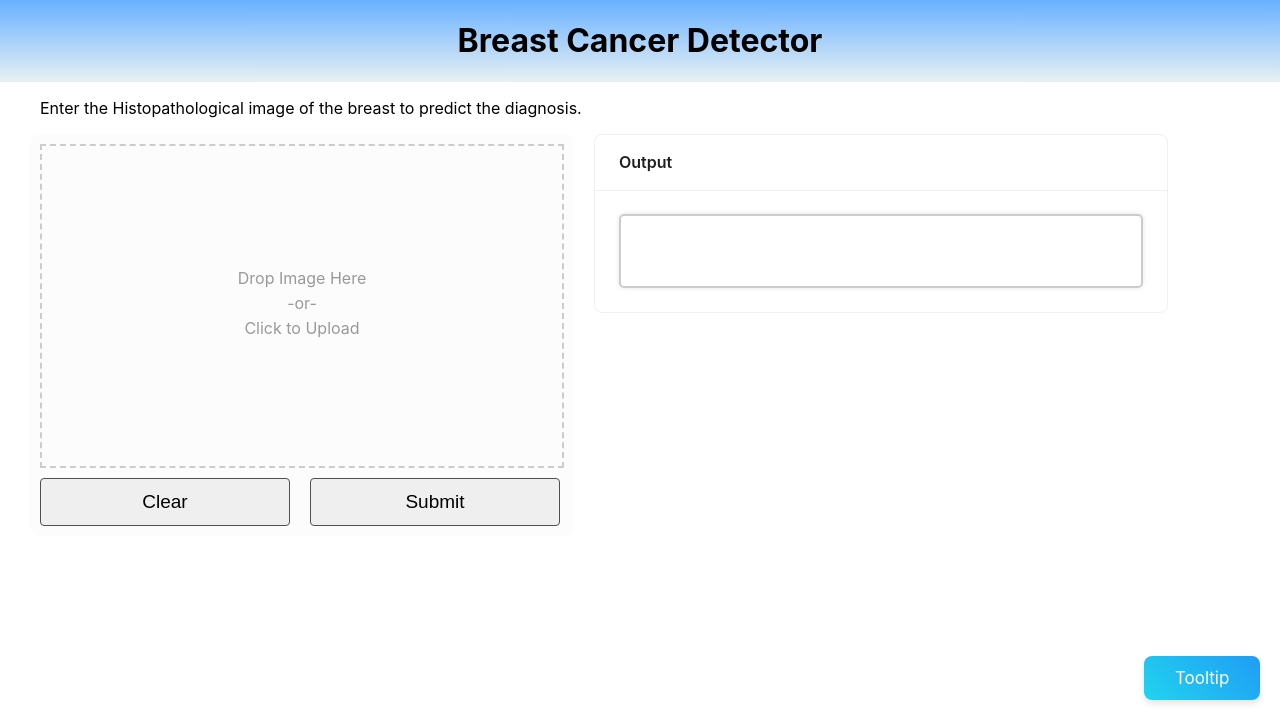
Repository: xshamrose/RAYi-AI
Page: /BreastCancerDetector-app (app in client/)
These files come from the project's save history. The page is drawn as it stood at one moment and after the next save; the edit follows.
The browser window is 1280 px wide. The pictures show the whole page.
The project was rebuilt for these pictures with package versions that can differ from the ones it lists, and the page was loaded fresh each time. Also part of the build but not shown: client/src/App.css, client/src/pages/Home.js, client/src/pages/home.css.

Above is the page before, as saved 2024-03-09 13:08:42.

### client/src/App.js
import "./App.css";
import React from "react";
import Candetect from "./pages/Candetect";
import Home from "./pages/Home";
import "./pages/home.css";
import { BrowserRouter as Router, Routes, Route } from "react-router-dom";

function App() {
  return (
    <div className="App">
      <Router>
        <Routes>
          <Route exact path="/" element={<Home />} />
          <Route path="/BreastCancerDetector-app" element={<Candetect />} />

          {/*  Future Use for Pipe Counting Detection
          <Route
            path="/Pipe"
            element={<Candetect title={headerTitle} content={content} />}
          /> */}
        </Routes>
      </Router>
    </div>
  );
}

export default App;

### client/src/pages/Candetect.js
import React, { useState } from "react";
import "../pages/Candetect.css";
import { Card } from "antd";
import deleteicon from "../assets/delete-.svg";
import axios from "axios";

function Candetect() {
  const [imageFile, setImageFile] = useState(null);
  const [errorMessage, setErrorMessage] = useState("");
  const [loading, setLoading] = useState(false);
  const [responseData, setResponseData] = useState("");

  const handleFileInputChange = (event) => {
    const file = event.target.files[0];
    if (file) {
      setImageFile(file);
    }
  };

  const handleClearImage = () => {
    setImageFile(null);
    //reset the file input
    const fileInput = document.getElementById("file-input");
    if (fileInput) {
      fileInput.value = "";
    }
    setErrorMessage("");
  };

  const handleDeleteImage = () => {
    setImageFile(null);
    //reset the file input
    const fileInput = document.getElementById("file-input");
    if (fileInput) {
      fileInput.value = "";
    }
  };

  const handleSubmit = () => {
    if (!imageFile) {
      setErrorMessage("Please upload an Image");
      console.log("Please upload an Image");
    } else {
      const formData = new FormData();
      formData.append("image", imageFile);
      setLoading(true);
      axios
        .post("http://ct.rayi.in:5002/predicttest", formData, {
          headers: {
            "Content-Type": "multipart/form-data",
          },
        })
        .then((response) => {
          setLoading(false);
          setResponseData(response.data);
          console.log(response.data);
        })
        .catch((error) => {
          if (error.response) {
            console.error("Error Response Data:", error.response.data);
            console.error("Error Response Status:", error.response.status);
          } else if (error.request) {
            console.error("No response received:", error.request);
          } else {
            console.error("Error:", error.message);
          }
          setErrorMessage("Failed to submit. Please try again.");
        });
    }
  };

  return (
    <div>
      <div
        style={{
          display: "flex",
          justifyContent: "center",
          alignContent: "center",
          flexWrap: "nowrap",
          alignItems: "center",
          backgroundImage: "linear-gradient(#69b1ff, #e9f0f2)",
          width: "100%",
        }}
      >
        <h1>Breast Cancer Detector</h1>
      </div>

      <p style={{ marginLeft: "40px" }}>
        Enter the Histopathological image of the breast to predict the
        diagnosis.
      </p>

      <div className="overallContainer">
        <div className="dragandbutton">
          <div className="image-upload-box">
            <input
              type="file"
              accept="image/*"
              id="file-input"
              className="file-input"
              onChange={handleFileInputChange}
            />
            {imageFile ? null : (
              <div>
                <label htmlFor="file-input" className="upload-label">
                  <span>Drop Image Here</span> <span>-or-</span>{" "}
                  <span>Click to Upload</span>{" "}
                </label>{" "}
                {errorMessage && (
                  <div className="error-message">{errorMessage}</div>
                )}{" "}
              </div>
            )}

            {imageFile && (
              <div className="image-preview">
                <img
                  src={URL.createObjectURL(imageFile)}
                  alt="Uploaded"
                  className="full-size-image"
                ></img>

                <div className="image-actions">
                  <img
                    src={deleteicon}
                    alt="Delete"
                    className="icon"
                    onClick={handleDeleteImage}
                  />
                </div>
              </div>
            )}
          </div>

          <div className="button-container">
            <button className="sbutton" onClick={handleClearImage}>
              Clear
            </button>
            <button className="sbutton" onClick={handleSubmit}>
              Submit
            </button>
          </div>
        </div>
        <div>
          <Card title="Output" hoverable>
            <div className="text-area">
              {loading ? (
                <div className="loader-all">
                  <div className="loader"></div>
                  <p>loading...</p>
                </div>
              ) : (
                responseData
              )}
            </div>
          </Card>
        </div>
      </div>
      <div className="ask-me-icon">
      <div class="tooltip-container">
  <span class="tooltip">Uiverse.io</span>
  <span class="text">Tooltip</span>
</div>

    </div>
    </div>
  );
}

export default Candetect;

### client/src/pages/Candetect.css
/* Candetect.css */

.image-upload-box {
    position: relative;
    display: flex;
    flex-direction: column;
    align-items: center;
    justify-content: center;
    border: 2px dashed #ccc;
    padding: 10px;
    cursor: pointer;
    width: 500px; /* Adjust the width of the box as needed */
    height: 300px; /* Adjust the height of the box as needed */
  }

  .file-input {
    display: none;
  }

  .upload-label {
    display: flex;
    flex-direction: column;
    justify-content: center;
    align-items: center;
    color: #999;
    cursor: pointer;
  }

  .upload-label span {
    margin-bottom: 5px;
  }

  .image-preview {
    position: relative;
    width: 100%;
    height: 100%;
    overflow: hidden;
    object-fit: cover;
    display: flex;
    flex-direction: row;
    flex-wrap: nowrap;
    align-content: center;
    justify-content: center;
  }

.full-size-image{
  height: auto;
  width: 450px;
}

  .image-actions {
    padding: 5px;
  }


  .sbutton {
    display: inline-block;
    padding: 12px 24px;
    border: 1px solid #4f4f4f;
    border-radius: 4px;
    transition: all 0.2s ease-in;
    position: relative;
    overflow: hidden;
    font-size: 19px;
    cursor: pointer;
    color: black;
    z-index: 1;
    width: 250px;
  }

  .sbutton:before {
    content: "";
    position: absolute;
    left: 50%;
    transform: translateX(-50%) scaleY(1) scaleX(1.25);
    top: 100%;
    width: 140%;
    height: 180%;
    background-color: rgba(0, 0, 0, 0.05);
    border-radius: 50%;
    display: block;
    transition: all 0.5s 0.1s cubic-bezier(0.55, 0, 0.1, 1);
    z-index: -1;
  }

  .sbutton:after {
    content: "";
    position: absolute;
    left: 55%;
    transform: translateX(-50%) scaleY(1) scaleX(1.45);
    top: 180%;
    width: 160%;
    height: 190%;
    background-color: #000000;
    border-radius: 50%;
    display: block;
    transition: all 0.5s 0.1s cubic-bezier(0.55, 0, 0.1, 1);
    z-index: -1;
  }

  .sbutton:hover {
    color: #ffffff;
    border: 1px solid #101111;
  }

  .sbutton:hover:before {
    top: -35%;
    background-color: #101111;
    transform: translateX(-50%) scaleY(1.3) scaleX(0.8);
  }

  .sbutton:hover:after {
    top: -45%;
    background-color: #151616;
    transform: translateX(-50%) scaleY(1.3) scaleX(0.8);
  }
  .button-container{
    gap: 20px;
    display: flex;
    align-items: center;
  }

  .dragandbutton{
    display: flex;
    flex-direction: column;
    gap: 10px;
    background-color: #c1b9b90d;
    border-radius: 10px;
    padding: 10px;
  }

  .text-area {
    display: flex;
    width: 500px;
    height: 50px;
    padding: 10px;
    border: 2px solid #ccc;
    border-radius: 5px;
    font-size: 16px;
    outline: none;
    box-shadow: 0 0 5px rgba(0, 0, 0, 0.1);
  }

  .text-area:focus {
    border-color: #007bff;
  }
  .overallContainer{
    display: flex;
    flex-direction: row;
    gap: 20px;
    flex-wrap: wrap;
    margin-left: 30px;
  }
  .error-message{
    color: red;
    font-size: medium;
  }
  .icon {
    width: 25px;
    height: 25px;
    margin-left: 8px;
    border-radius: 50%;

  }
  .icon:hover{
    transform: scale(1.1);
    color: #000000;
  }

  .compass{
    height: 30px;
    width: 30px;
  }
  .loader {
    border: 4px solid rgba(0, 0, 0, 0.776);
    border-left-color: transparent;
    border-radius: 50%;
  }

  .loader {
    border: 4px solid rgba(0, 0, 0, 0.655);
    border-left-color: transparent;
    width: 25px;
    height: 25px;
  }

  .loader {
    border: 4px solid rgba(0, 0, 0, 0.705);
    border-left-color: transparent;
    width: 25px;
    height: 25px;
    animation: spin89345 1s linear infinite;
  }

  @keyframes spin89345 {
    0% {
      transform: rotate(0deg);
    }

    100% {
      transform: rotate(360deg);
    }
  }
  .loader-all{
    display: flex;
    flex-direction: row;
    gap: 10px;
    justify-content: flex-start;
    align-items: center;
  }
  .ask-me-icon {
    position: fixed;
    bottom: 20px;
    right: 20px;
    cursor: pointer;
     }
    .tooltip-container {
      --background: linear-gradient(45deg, #22d3ee, #1f9df5);
      position: relative;
      background: var(--background);
      cursor: pointer;
      transition: all 0.2s;
      font-size: 17px;
      padding: 0.7em 1.8em;
      border-radius: 8px;
      box-shadow: 0 4px 6px rgba(0, 0, 0, 0.1);
      color: #fff;
    }

    .tooltip {
      position: absolute;
      top: 100%;
      left: 50%;
      transform: translateX(-50%) scale(0.8);
      transform-origin: bottom;
      padding: 0.3em 0.6em;
      opacity: 0;
      pointer-events: none;
      transition: all 0.3s;
      background: var(--background);
      border-radius: 4px;
      box-shadow: 0 2px 4px rgba(0, 0, 0, 0.1);
    }

    .tooltip::before {
      position: absolute;
      content: "";
      height: 0.6em;
      width: 0.6em;
      bottom: -0.2em;
      left: 50%;
      transform: translate(-50%) rotate(45deg);
      background: var(--background);
    }

    .tooltip-container:hover .tooltip {
      top: -45px;
      opacity: 1;
      visibility: visible;
      pointer-events: auto;
      transform: translateX(-50%) scale(1);
    }
    .tooltip-container:hover {
      transform: scale(0.9);
    }

Loaded but not shown: client/public/index.html (common file); client/src/index.js (common file); client/src/index.css (common file); client/src/reportWebVitals.js (common file)

After the next save:
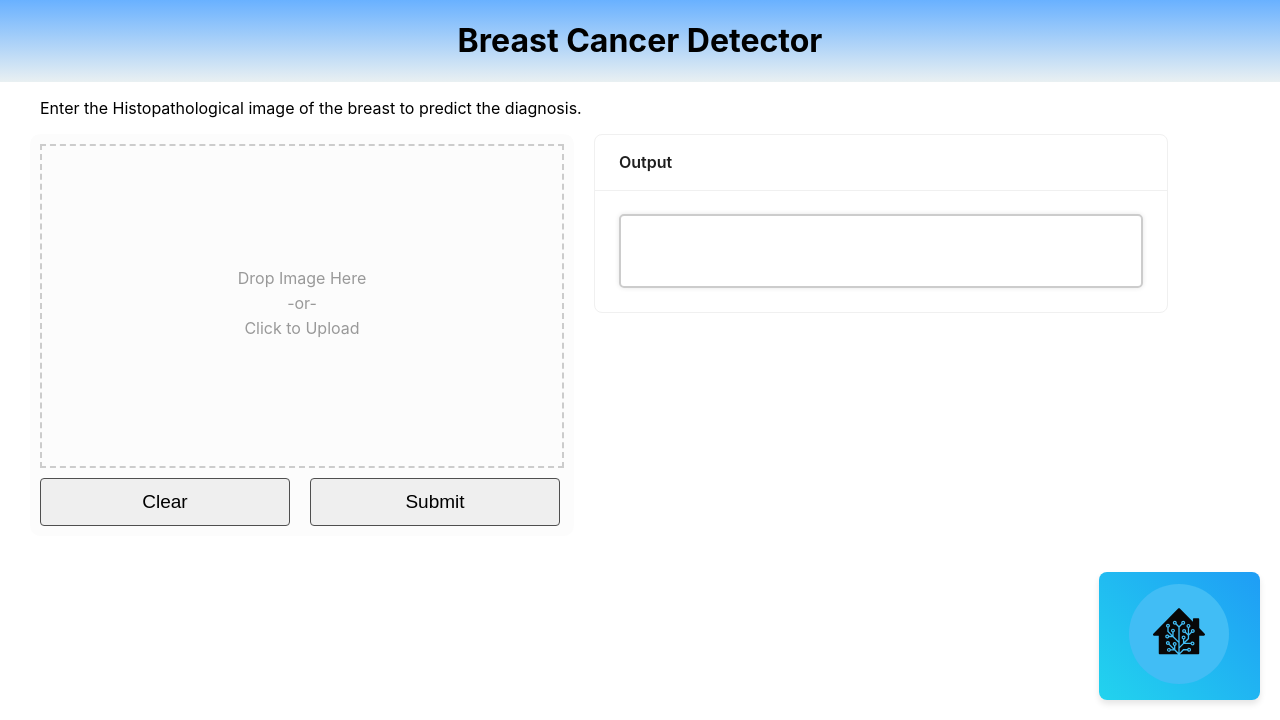
Saved 10 min 26 s later.
--- a/client/src/pages/Candetect.js
+++ b/client/src/pages/Candetect.js
@@ -2,6 +2,7 @@
 import "../pages/Candetect.css";
 import { Card } from "antd";
 import deleteicon from "../assets/delete-.svg";
+import ai from "../assets/ai_img.svg"
 import axios from "axios";
 
 function Candetect() {
@@ -159,7 +160,7 @@
       <div className="ask-me-icon">
       <div class="tooltip-container">
   <span class="tooltip">Uiverse.io</span>
-  <span class="text">Tooltip</span>
+  <span class="text"><img alt="Ai" src={ai}  /></span>
 </div>
 
     </div>
